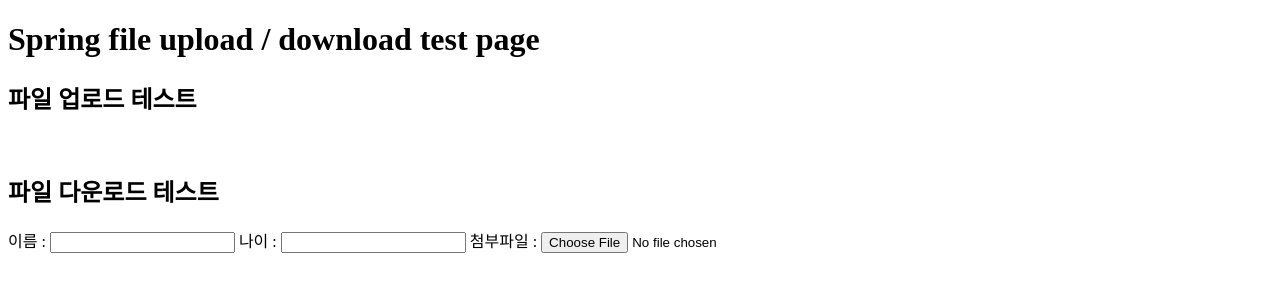
Repository: jeongdoc/KH.S-Class
Page: http://localhost/first/WEB-INF/views/test/testFileUpDown.jsp
These files come from the project's save history. The page is drawn as it stood at one moment and after the next save; the edit follows.
The browser window is 1280 px wide. The pictures show the whole page.
The page is served by Tomcat 9. Nobody is signed in. The template is opened directly, without the code that normally fills it, so the values that code supplies are empty.

Above is the page before, as saved 2019-04-22 07:05:28.

After the next save:
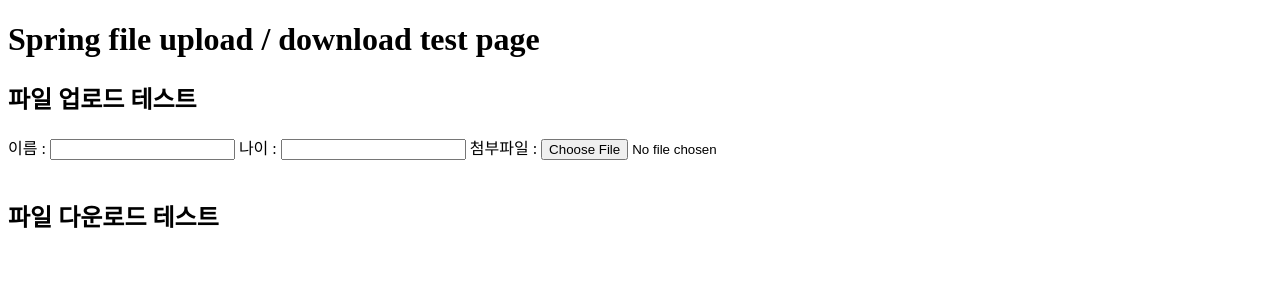
Saved 12 s later.
--- a/framework_space/first/src/main/webapp/WEB-INF/views/test/testFileUpDown.jsp
+++ b/framework_space/first/src/main/webapp/WEB-INF/views/test/testFileUpDown.jsp
@@ -11,13 +11,11 @@
 <h1>Spring file upload / download test page</h1>
 <h2>파일 업로드 테스트</h2>
 <form action='fileUp.do' method='post' enctype='multipart/form-data'>
-
-
+이름 : <input type='text' name='name' required/>
+나이 : <input type='number'name='age' required/>
+첨부파일 : <input type='file' name='upfile'/>
 </form>
 <br>
 <h2>파일 다운로드 테스트</h2>
-이름 : <input type='text' name='name' required/>
-나이 : <input type='number'name='age' required/>
-첨부파일 : <input type='file' name='upfile'/>
 </body>
 </html>
